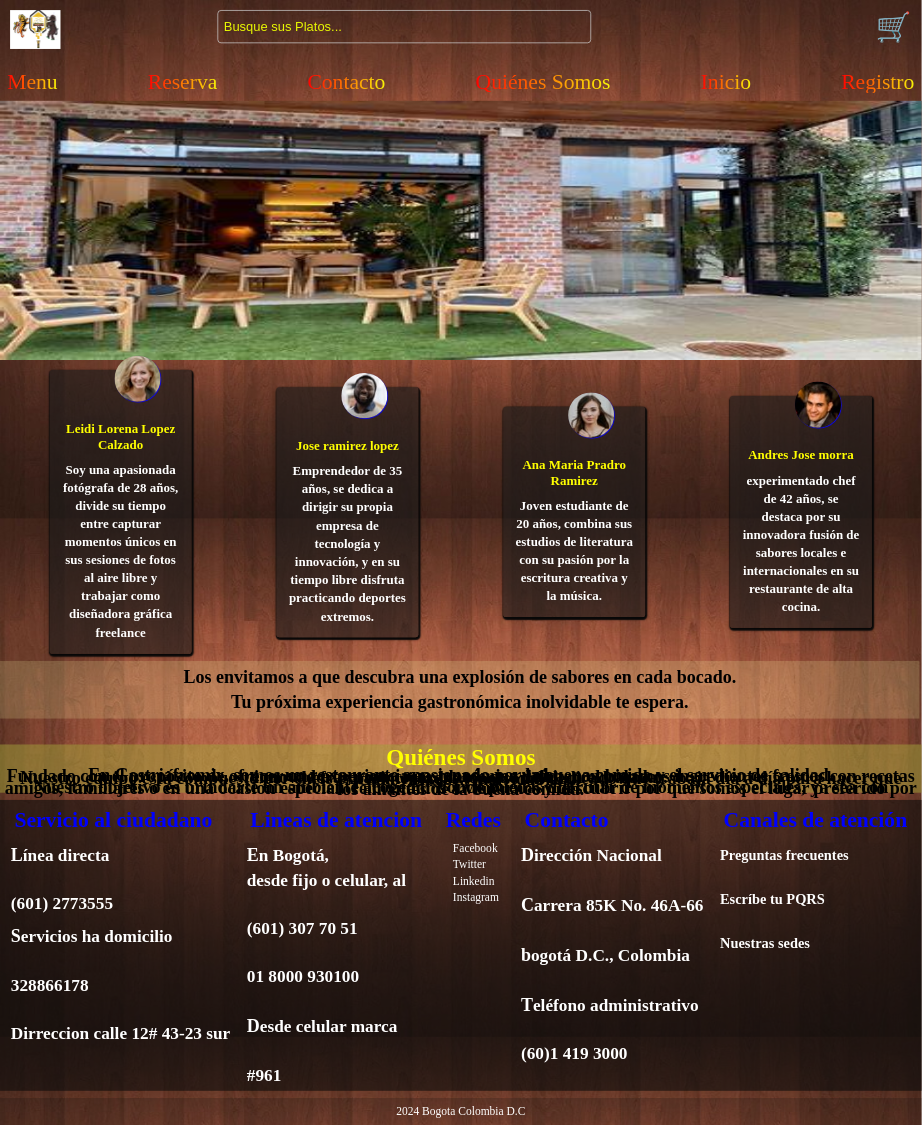
Repository: ye909/app_restaurante
Page: index.html
An editor plug-in stored every save of this project. The page is shown before and after the next save, followed by the edit.
The browser window is 1280 px wide. The pictures show the whole page, at 72% of full size.
Backgrounds fixed to the window are drawn as part of the page.

Above is the page before, as saved 2025-01-12 11:18:44.
Console error: ReferenceError: menuItems is not defined

### index.html
<!DOCTYPE html>
<html lang="en">

<head>
  <meta charset="UTF-8">
  <meta name="viewport" content="width=device-width, initial-scale=1.0">
  <title>Document</title>
  <link rel="Icon" href="./public/imagen/letra.ico">
  <link rel="stylesheet" href="/css/menu_principal.css">
  <link rel="stylesheet" href="/css/footer.css">
  <link rel="stylesheet" href="/css/heder.css">
  <link rel="stylesheet" href="/css/modal_card.css">
  <link rel="stylesheet" href="/css/stilo.css">
  <link rel="stylesheet" href="/css/menu_navegacion.css">
  <link rel="stylesheet" href="/css/reservar.css">

</head>

<body>
  <header>
    <div class="container_header_card">
      <div class="imagen"><img src="/public/imagen/login.gif" alt=""></div>

      <input type="text" id="buscar" class="buscar" placeholder="Busque sus Platos...">
      <ul id="productList" class="productList"></ul>

      <div id="cart-btn" class="shopping">🛒</div>

  </header>



  <h1 class="bienvenida" id="bienvenida">BIENVENIDOS/A</h1>
  <nav>
    <ul>
      <li id="menu-btn"><a href="#">Menu</a></li>

      <li><a href="./maquetacion/templei/reserva.html" target="_self">Reserva</a></li>
      <li><a href="#contacto">Contacto</a></li>
      <li><a href="#somos">Quiénes Somos</a></li>
      <li><a href="./maquetacion/templei/login.html" target="_self">Inicio</a></li>
      <li><a href="./maquetacion/templei/registro.html" target="_self">Registro</a> </li>
    </ul>
  </nav>
 <img src="./public/imagen/rrstaurante1.jpg" alt="" class="imgRestaurante" id="imgRestaurante">

  <main id="menu-view" class="menu-view">
    <div class="filter-buttons">
      <button class="filter" data-region="Todos">Todos</button>
      <button class="filter" data-region="Latinoamérica">Latinoamérica</button>
      <button class="filter" data-region="Centroamérica">Centroamérica</button>
      <button class="filter" data-region="Suramérica">Suramérica</button>
    </div>
    <div id="menu-items" class="menu-items"></div>

    <audio id="clickSound" src="./public/imagen/audio/mouse_btn3.mp3"></audio>
  </main>


  <main id="cart-view" class="cart-view">
    <h1 class="carro">Carrito de Compras</h1>
    <div id="cart-items" class="cart-items"></div>
    <div class="cart-total">
      <p>Total: <span id="cart-total">$0.00</span></p>
      <button id="back-to-menu">Volver al Menú</button>
      <button id="Domicilio"> <a href="./maquetacion/templei/domicilio.html"  target="_self">Domicilio</a></button>

    </div>
  </main>
<br>
  <div class="container_card_persona">

    <article class="container_persona">
      <img src="./public/imagen/mona.jpg" alt=""><br><br>
      <h3>Leidi Lorena Lopez Calzado</h3>
      <p>Soy una apasionada fotógrafa de 28 años,
         divide su tiempo entre capturar momentos
         únicos en sus sesiones de fotos al aire libre
         y trabajar como diseñadora gráfica freelance </p>
    </article>

    <article class="container_persona">
      <img src="./public/imagen/afro.jpg" alt=""><br><br>
      <h3>Jose ramirez lopez</h3>
      <p>Emprendedor de 35 años,
         se dedica a dirigir su propia empresa de
         tecnología y innovación, y en su tiempo libre
          disfruta practicando deportes extremos.
        </p>
    </article>


    <article class="container_persona">
      <img src="./public/imagen/indigena.jpg" alt=""><br><br>
      <h3>Ana Maria Pradro Ramirez</h3>
      <p>Joven estudiante
         de 20 años, combina sus estudios de
          literatura con su pasión
        por la escritura creativa y la música.</p>
    </article>

    <article class="container_persona">
      <img src="./public/imagen/mestizo.jpg" alt=""><br><br>
      <h3>Andres Jose morra</h3>
      <p>experimentado chef de 42 años,
        se destaca por su innovadora fusión
        de sabores locales e internacionales
        en su restaurante de alta cocina.</p>
    </article>


  </div>
  <p class="text_invitacion"> Los envitamos a que descubra una explosión de sabores en cada bocado. <br>
    Tu próxima experiencia gastronómica inolvidable te espera.
  </p>
  <br> <br>

  <div class="quienes_somos" id="somos">
    <h1 class="titu_quienson">Quiénes Somos</h1>
    <p>En <strong>Gostriafromix</strong>, somos un restaurante apasionado por la buena comida y el servicio de calidad.
      <br>
      Fundado con el propósito de ofrecer una experiencia gastronómica única, combinamos ingredientes frescos con
      recetas innovadoras para crear platos que deleitan el paladar. <br>
      Nuestro equipo está compuesto por chefs experimentados y personal dedicado que trabaja día a día para hacer que
      cada visita sea inolvidable.
    </p>
    <p>Nuestro objetivo es brindarte un ambiente acogedor donde puedas disfrutar de momentos especiales, ya sea con
      amigos, familiares o en una ocasión especial. Te invitamos a
      visitarnos y descubrir por qué somos el lugar preferido por los amantes de la buena comida.</p>
  </div>



  <footer>
    <div class="conataine_footer">
      <div>
        <h4>Servicio al ciudadano</h4>
        <p><span>L</span>ínea directa <br> <br> (601) 2773555</p>
        <p id="domicilio"><span>S</span>ervicios ha domicilio<br> <br>328866178 <br><br>Dirreccion calle 12# 43-23 sur
        </p>

      </div>

      <div>
        <h4>Lineas de atencion</h4>
        <p><span>E</span>n Bogotá, <br> desde fijo o celular, al <br><br>
          (601) 307 70 51 <br><br>
          01 8000 930100 <br><br>
          <span>D</span>esde celular marca <br><br>
          #961
        </p>
      </div>
      <div>
        <h4>Redes</h4>
        <div><a href=""><i class="fa-brands fa-facebook"> </i></a> Facebook</div>
        <div><a href=""><i class="fa-brands fa-twitter"></i></a>Twitter</div>
        <div><a href=""><i class="fa-brands fa-linkedin"></i> </a>Linkedin</div>
        <div><a href=""><i class="fa-brands fa-instagram"></i></a> Instagram</div>
      </div>
      <div>
        <h4 id="contacto">Contacto</h4>
        <p><span>D</span>irección Nacional<br><br>
          <span>C</span>arrera 85K No. 46A-66<br><br>
          <span>b</span>ogotá D.C., Colombia<br><br>
          <span>T</span>eléfono administrativo<br><br>
          (60)1 419 3000
        </p>
      </div>

      <div>
        <h4> Canales de atención</h4>
        <p><a href="#">Preguntas frecuentes</p></a><br>
        <p><a href="#">Escríbe tu PQRS</p></a><br>
        <p><a href="#">Nuestras sedes</p></a>
      </div>
    </div>
  </footer>
  <div class="container_final">2024 Bogota Colombia D.C</div>


  <script src="./js/script.js"></script>
  <script src="./js/productos.js"></script>
  <script src="./js/dinamico.js"></script>
  <script src="./js/service_worker.js"></script>
</body>

</html>

### css/menu_principal.css
 :scope{

    padding: 0%;
    margin: 0%;
    overflow: scroll;
}

html {
    scroll-behavior: smooth;
    background-image: url(../public/imagen/janos.jpg);
    background-repeat: no-repeat;
    background-size: cover;
    background-attachment: fixed;
    background-size: 100% 100%;
    height: auto;
  }
  .container_card_persona {
    display: flex;
    justify-content: space-around;
    align-items: center;
    flex-direction: row;
    flex-wrap: wrap;
    padding: 10px;
  }
  .container_persona {

    width: 14%;
    background: rgba(26, 25, 25, 0.6);
    border-radius: 4px;
    color: white;
    padding: 10px;
    height: auto;
    box-shadow: rgb(8, 8, 8) 1px 2px 2px 2px;
  }
  .container_persona img {
    object-fit: cover;
    width: 36%;
    margin-left: 80px;
    margin-top: -30px;
    border-radius: 80px;
    box-shadow: rgb(8, 4, 247) 1px 1px 1px;
  }
  .container_persona p,h3 {
    padding: 6px;
    font-size: 18px;
    text-align: center;
  }

  h3 ,.titu_quienson{
    color: yellow;
  }
  .text_invitacion {
    font-size: 25px;
    line-height: 1.4;
    width: 99%;
    text-align: center;
    background: rgba(232, 232, 157, 0.2);
  }

### css/footer.css
.conataine_footer {
  display: flex;
  justify-content: space-between;
  flex-direction: row;
  flex-wrap: wrap;
  margin: 10px;
}

p {

  padding: 5px;
  font-size: 20px;
  font-weight: bold;
}
span {
  font-size: 25px;
}
.quienes_somos {
  background:rgba(161, 161, 59, 0.5);
}
.quienes_somos p{
  text-align: center;
font-size: 25px;
line-height: 1.3px;
}
:is(.container_final) {
  display: flex;
  justify-content: center;
  align-items: center;
}

h4 {
  color: blue;
  font-size: 30px;
}
:is(.container_final, h4, i) {
  padding: 10px;
}
.container_final {
  background: rgba(12, 12, 12, 0.2);
  color: white;
}
.fa-facebook {
  color: rgb(5, 5, 253);
}
.fa-twitter {
  color: rgb(8, 123, 245);
}
.fa-linkedin {
  color: rgb(71, 71, 155);
}
.fa-instagram {
  color: rgb(243, 17, 17);
}
a {
  cursor: pointer;

}
footer a {
  font-size: 20px;
  color: white;
}
footer {
  background: rgba(10, 10, 10, 0.6);
  color: white;
}

### css/heder.css
.container_header_card{
    display: flex;
    justify-content: space-between;
    justify-items: center;
    flex-direction: row;
    flex-wrap: wrap;
    padding: 14px;
    }

 .productList {
     list-style-type: none;
     padding: 0;
 }

 .productList li {
     padding: 10px;
     border-bottom: 1px solid #ccc;
 }

 .productList li:last-child {
     border-bottom: none;
 }

  .container_header_card img{
    width: 70px;
}
  .shopping{
    font-size: 40px;
cursor: pointer;
}
.buscar::placeholder{
    color:rgb(232, 248, 3);
    font-size: 18px;
}

.buscar {
    width: 40%;
    height: 3.9vh;
    background:transparent;
    color:white;
    font-size: 18px;
    border-radius: 5px;
    margin-left: 20px;
}
:is(.bienvenida,
 .buscar){
     padding: 8px;
 }
 .bienvenida{
    background-image:linear-gradient(to left, rgb(4, 151, 4), rgb(248, 244, 7),  red,rgb(14, 14, 240));
    -webkit-text-fill-color:transparent;
    -webkit-background-clip: text;
    background-clip: text;
    text-align: center;


}

### css/modal_card.css
* {
  margin: 0;
  padding: 0;
}

t-items {
  display: none;
}
.menu-items {
  width: 100%;
  height: 100%;
  background: rgba(12, 12, 12, 0.7);
  position: absolute;
}
.card,
.card_carrito {
  display: inline-block;
  justify-content: space-between;
  flex-direction: row;
  flex-wrap: wrap;
  margin: 10px;
}

.card,
.card_carrito {
  width: 14%;
  height: 44vh;
  padding: 10px;
  background: rgba(0, 0, 0, 0.4);
  border-radius: 10px;
  box-shadow: rgb(8, 4, 247) 1px 1px 1px 3px;
}

.card img,
.card_carrito img {
  width: 95%;
  height: auto;
  object-fit: cover;
  border-radius: 5px;
  padding: 10px;
}

.card p,
.card_carrito p {
  color: white;
  font-size: 20px;
}

.cart-view,
.menu-view {
  display: none;
}
@scope (.titulo_principal,.titulo_carrito,.carro) {
  :scope {
    color: yellow;
  }
  .titulo_carrito h1,
  .carro {
    padding: 10px;
  }
}
#pagar {
  margin: 10px auto;
}
.cart-total {
  text-align: right;
  margin: 20px;
}
.cart-view {
  border: 2px solid black;
  margin: 10px;
  padding: 20px;
  box-shadow: black 1px 2px 4px 3px;
}

.cart-total {
  font-size: 20px;
  color: blue;
}
button {
  width: 270px;
  padding: 10px;
  transition: background-color 0.7s ease;
  border-radius: 20px;
  background:transparent;
color:blue;
  font-size: 20px;
}
button:hover {
  border: none;
  background: #0606f8fd;
  color: black;
  box-shadow: rgb(7, 71, 236) 2px 2px 2px, rgb(7, 71, 236) 2px 2px 2px,
    rgb(7, 71, 236) 2px 2px 2px, rgb(7, 71, 236) 2px 2px 2px;
}
/*
     .card button {
  margin-top: 10px;
  background-color: #007bff;
  color: white;
  border: none;
  padding: 10px;
  border-radius: 5px;
  cursor: pointer;
}

.card button:hover {
  background-color: #0056b3;
} */

### css/stilo.css


/*

    .filter-buttons {
      margin: 20px;
      text-align: center;
    }

    .filter {
      margin: 5px;
      padding: 10px 15px;
      background-color: #007bff;
      color: white;
      border: none;
      cursor: pointer;
      border-radius: 5px;
    }

    .filter:hover {
      background-color: #0056b3;
    }
    .menu-items,.cart-view{
      display: flex;
      justify-content: space-between;
      justify-content: center;
      flex-direction: row;
      flex-wrap: wrap;
      gap: 20px;
    }
     */

### css/menu_navegacion.css


ul{
display: flex;
justify-content: space-between;
text-align: center;
flex-direction: row;
flex-wrap: wrap;
}
li{
    font-size: 30px;
    list-style: none;
margin: 10px;

}
.imgRestaurante {
    width: 100%;
    height: 50vh;

  }
a{

    list-style: none;
    text-decoration: none;
    color: blue;
}
li:hover{
    transition: 1s ease , transform 1s ease;
    border-bottom: 2px solid yellow;


}
nav a{
    background-image:linear-gradient(to left, rgb(248, 244, 7),  red);
    -webkit-text-fill-color:transparent;
    -webkit-background-clip: text;
    background-clip: text;
    text-align: center;
}

### css/reservar.css

html {
    scroll-behavior: smooth;
    background-image: url(../public/imagen/fondo_card.jpg);
    background-repeat: no-repeat;
    background-size: cover;
    background-attachment: fixed;
    background-size: 100% 100%;
    height: auto;
  }
.container {
    max-width: 450px;
    margin: 100px 700px;
    background:rgba(14, 13, 13,0.3);
    box-shadow: rgb(7, 71, 236)  1px 1px 1px 2px,rgb(7, 71, 236) 1px  1px 1px 2px;
    padding: 20px;
    border-radius: 8px;

}
.form{
  padding: 10px;
  margin-left: 30px;
}
.title {
    text-align: center;
    font-size: 30px;
    margin-bottom: 20px;
  }

  .form-group {
    margin-bottom: 15px;
  }


  label {
    display: block;
    margin-bottom: 5px;
    font-weight: bold;
    font-size: 25px;
  }
  ::placeholder{
    font-size: 20px;
  }
  input:focus{

  outline: 1px solid #007BFF;
  background:transparent;
  color:white;
  }
  input, textarea {
    width: 80%;
    padding: 10px;
    border: 1px solid #ccc;
    border-radius: 4px;
  }
  #hora{
    width: 60%;
  }

  .inline-group {
    display: flex;
    gap: 15px;
  }

  .inline-group > div {
    flex: 1;
  }

  textarea {
    resize: vertical;
  }

.submit-button {
  width: 86%;
  padding: 10px;
  background-color: #007BFF;
  color: white;
  border: none;
  border-radius: 4px;
  font-size: 16px;
  cursor: pointer;
}

.submit-button:hover {
  background-color: #0056b3;
}

/*crear la animacion donde el mensaje salga de ariba asta el centro de la panta */

.container_modal_reserva{
  transition: 2s;
  max-width: 450px;
  margin: 100px 700px;
  background:rgba(14, 13, 13,0.3);
  box-shadow: rgb(7, 71, 236)  1px 1px 1px 2px,rgb(7, 71, 236) 1px  1px 1px 2px;
  padding: 20px;
  border-radius: 8px;
 opacity: 0;

}
h1 {
  color: #007bff;
  text-align: center;
}
p {
  line-height: 1.4;
  font-size: 24px;
}
.mensaje{
  text-align: center;
  font-weight: bolder;
}
.validar_nombre{
    font-size: 30px;
    color: white;
}

### js/script.js

  let cart = [];
  let selectedRegion = "Todos";

  const menuView = document.getElementById("menu-view");
  const cartView = document.getElementById("cart-view");
  const menuItemsContainer = document.getElementById("menu-items");
  const cartItemsContainer = document.getElementById("cart-items");
  const cartTotal = document.getElementById("cart-total");

  document.querySelectorAll(".filter").forEach(button => {
    button.addEventListener("click", () => {
      selectedRegion = button.getAttribute("data-region");
      renderMenu();
    });
  });

  document.getElementById("menu-btn").addEventListener("click", () => {

    menuView.style.display = "block";
    cartView.style.display = "none";
    const  imgRestaurante = document.getElementById("imgRestaurante").remove()
    // audio de los botones
const playSound = function () {
  var audio = document.getElementById("clickSound");
  audio.play();
}
playSound()
  });

  document.getElementById("cart-btn").addEventListener("click", () => {
    menuView.style.display = "none";
    cartView.style.display = "block";
    renderCart();
  });

  document.getElementById("back-to-menu").addEventListener("click", () => {
    menuView.style.display = "block";
    cartView.style.display = "none";
  });

  function renderMenu() {
    menuItemsContainer.innerHTML = "";
    const filteredItems = selectedRegion === "Todos" ? menuItems : menuItems.filter(item => item.region === selectedRegion);
    filteredItems.forEach(item => {

      const card = document.createElement("div");
      card.className = "card";
      card.innerHTML = `

        <h1 class="titulo_principal">${item.name}</h1>
            <img src="${item.image}" alt="${item.name}">
        <p>${item.description}</p>
        <p><strong>$${item.price.toFixed(2)}</strong></p>
        <button id="pagar">Pagar</button>
        <button id="btnaudio" onclick="addToCart(${item.id})">Agregar</button>

      `;
      menuItemsContainer.appendChild(card);
    });
  }

  function renderCart() {
    cartItemsContainer.innerHTML = "";
    cart.forEach(item => {
      const cartItem = document.createElement("div");
      cartItem.className = "card_carrito";
      cartItem.innerHTML = `
        <h1 class="titulo_carrito">${item.name}</h1>
        <img src="${item.image}" alt="${item.name}">
          <p>${item.description}</p>
        <p>Cantidad: ${item.quantity}</p>
        <p><strong>$${(item.price * item.quantity).toFixed(2)}</strong></p>
          <button id="pagar">Pagar</button>
           <button id="delete">eliminar</button>
      `;
      cartItemsContainer.appendChild(cartItem);
    });
    const total = cart.reduce((sum, item) => sum + item.price * item.quantity, 0);
    cartTotal.textContent = `$${total.toFixed(2)}`;
  }

  function addToCart(id) {
    const item = menuItems.find(item => item.id === id);
    const cartItem = cart.find(item => item.id === id);
    if (cartItem) {
      cartItem.quantity++;
    } else {
      cart.push({ ...item, quantity: 1 });
    }
  }

  renderMenu();

### js/productos.js
const menuItems = [
  {
    id: 1,
    name: "Bebida caliente",
    description: "Delicious tacos",
    price: 12.99,
    image: "./public/imagen/bebidas_calientes1.PNG",
    region: "Latinoamérica",
  },
  {
    id: 2,
    name: "carne",
    description: "Thick griddle cakes",
    price: 9.99,
    image: "/public/imagen/mexica1.jpg",
    region: "Centroamérica",
  },
  {
    id: 3,
    name: "Cerveza",
    description: "Fresh seafood",
    price: 15.99,
    image: "./public/imagen/cervezas.webp",
    region: "Bebida con alcol",
  },
  {
    id: 4,
    name: "plátanos rellenos",
    description: "Rellenos de bocadillo y queso",
    price: 15.99,
    image: "./public/imagen/platano.PNG",
    region: "Suramérica",
  },
  {
    id: 5,
    name: "Coltel",
    description: "Fresh seafood",
    price: 15.99,
    image: "./public/imagen/coltel.webp",
    region: "Bebida con alcol",
  },
  {
    id: 6,
    name: "Postre",
    description: "Sabor y dulsura en el plato",
    price: 15.99,
    image: "./public/imagen/postre2.PNG",
    region: "Suramérica",
  },
  {
    id: 7,
    name: "Lechona",
    description: "plátanos rellenos",
    price: 15.99,
    image: "./public/imagen/mexica2.jpg",
    region: "Suramérica",
  },
  {
    id: 8,
    name: "Sancocho",
    description: "Fresh seafood",
    price: 15.99,
    image: "./public/imagen/sancocho.webp",
    region: "Suramérica",
  },
  {
    id: 9,
    name: "Arrozanas",
    description: "Fresh seafood",
    price: 15.99,
    image: "./public/imagen/mexico6.jpg",
    region: "Suramérica",
  },
  {
    id: 10,
    name: "Licor",
    description: "Fresh seafood",
    price: 15.99,
    image: "./public/imagen/licores.webp",
    region: "Suramérica",
  },
  {
    id: 11,
    name: "Jugos",
    description: "Sabor natural",
    price: 15.99,
    image: "./public/imagen/JUGOS_NATURALES.jpg",
    region: "Suramérica",
  },
];

### js/dinamico.js




// texto de bienvenida

setTimeout(()=>{
    const bienvenida = document.getElementById("bienvenida").remove()
    bienvenida.style.transition=" background-color 0.3s ease, transform 0.7s ease; "
},3000)






// // Ejemplo de notificación (opcional)
// document.getElementById('btnboton_agregar').addEventListener('click', () => {
//     if (Notification.permission === 'granted') {
//         new Notification('¡Hola desde tu PWA!');
//     } else if (Notification.permission !== 'denied') {
//         Notification.requestPermission().then((permission) => {
//             if (permission === 'granted') {
//                 new Notification('¡Hola desde tu PWA!');
//             }
//         });
//     }
// });

### js/service_worker.js

if ('serviceWorker' in navigator) {
    navigator.serviceWorker.register('/sw.js')
        .then((registration) => {
            console.log('Service Worker registrado:', registration);
        })
        .catch((error) => {
            console.error('Error al registrar el Service Worker:', error);
        });
}

After the next save:
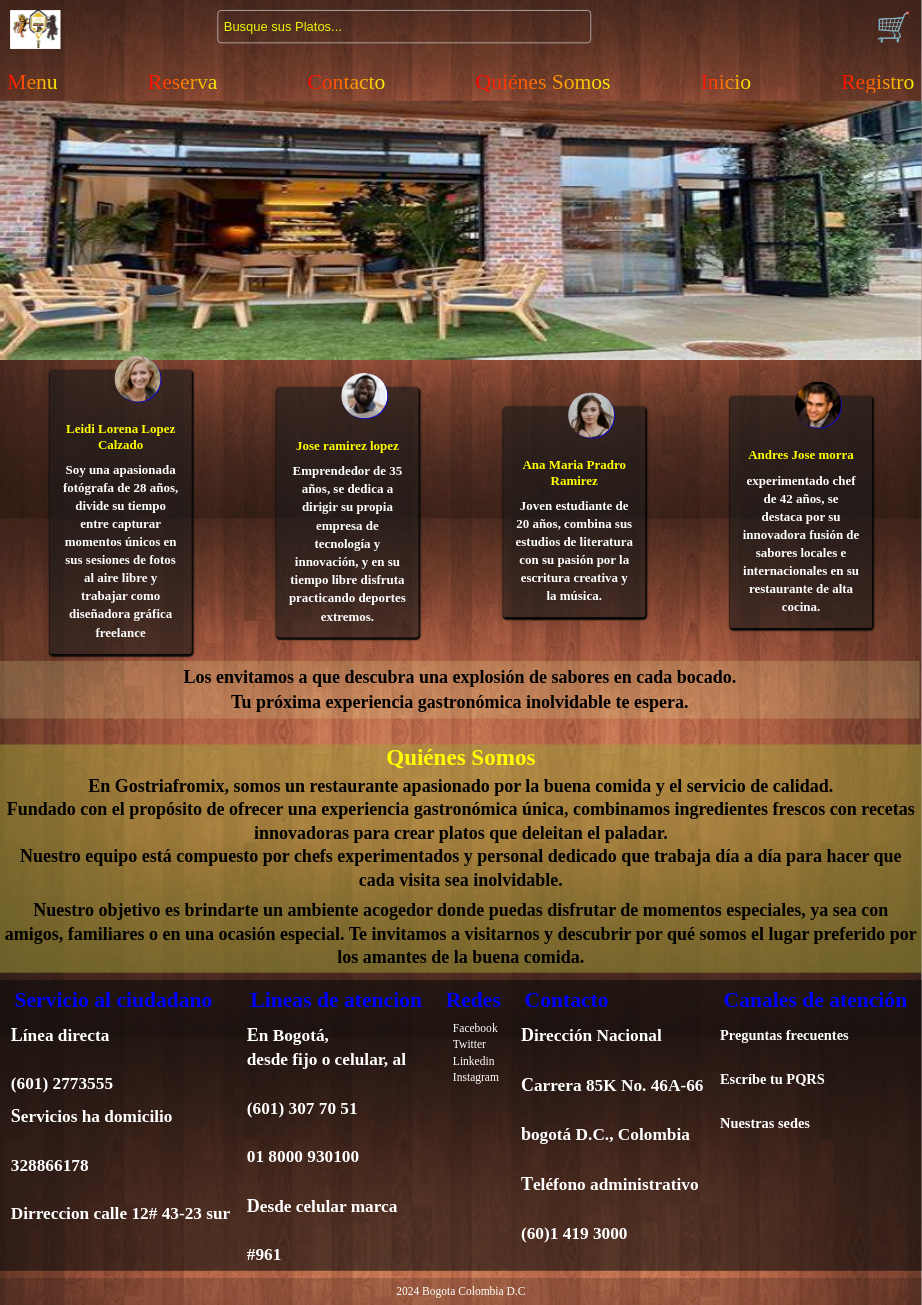
Saved 6 s later.
--- a/css/footer.css
+++ b/css/footer.css
@@ -21,7 +21,7 @@ span {
 .quienes_somos p{
   text-align: center;
 font-size: 25px;
-line-height: 1.3px;
+line-height: 1.3;
 }
 :is(.container_final) {
   display: flex;
